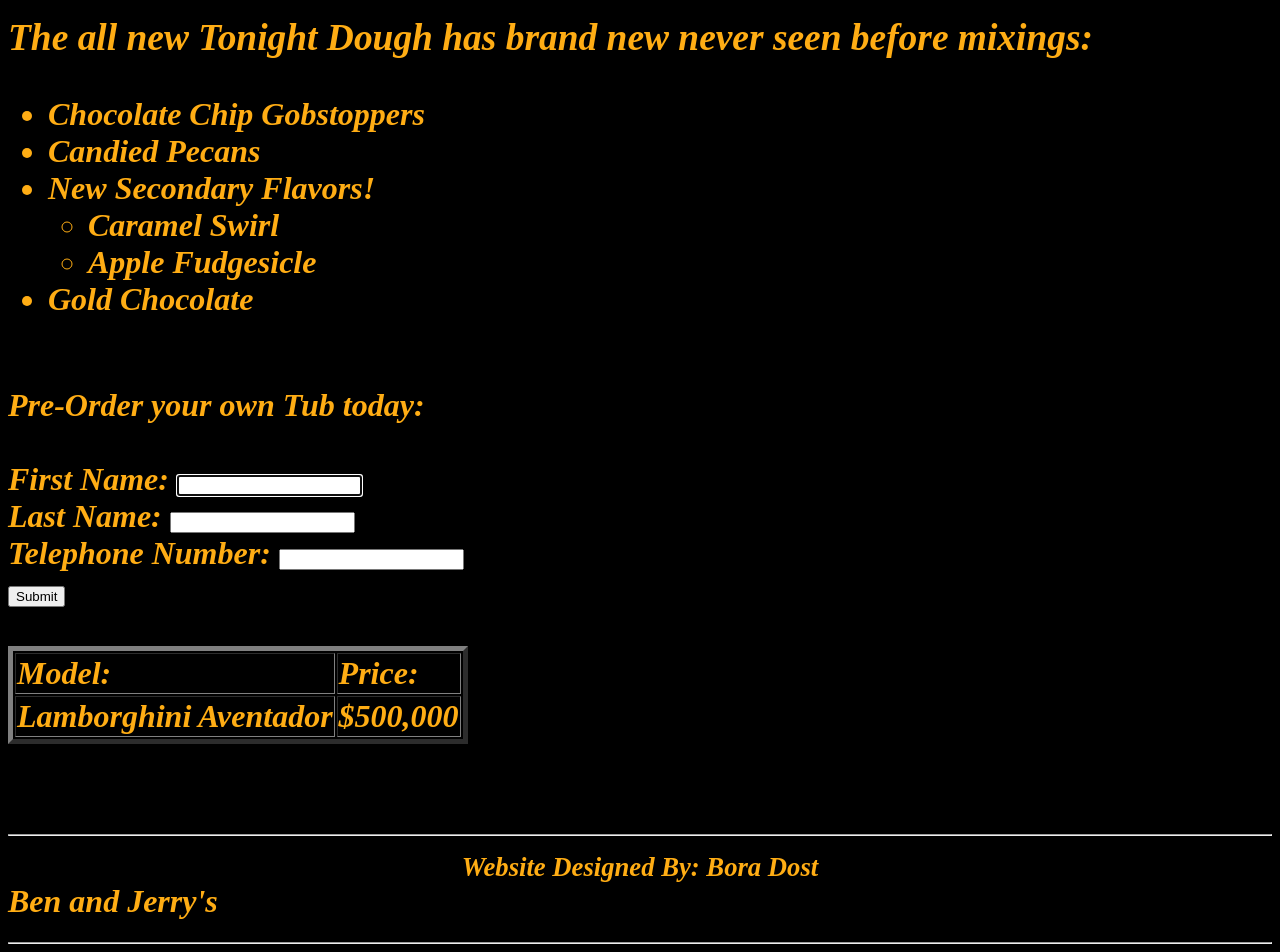
Repository: Bora1204/BoraDost-Website
Page: lab1/index.html
The author's editor kept a record of every edit. The page is drawn from the files as they stood at one moment, then again after the next edit.
The browser window is 1280 px wide. The pictures show the part of the page from y = 690 to 1642 px (the page is 1642 px tall).

Above is the page before.

After the next edit:
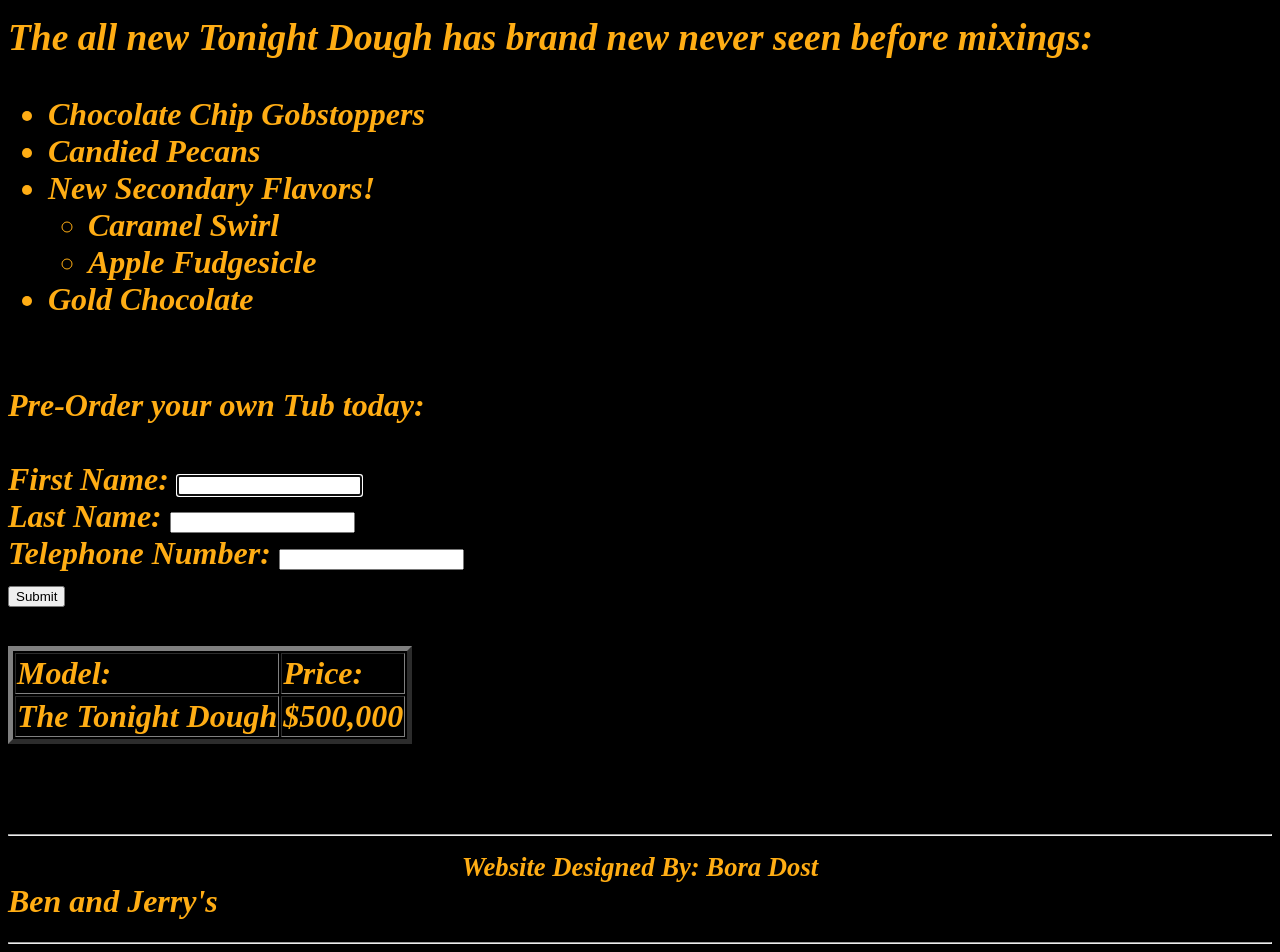
The edit:
--- a/lab1/index.html
+++ b/lab1/index.html
@@ -60,7 +60,7 @@
     <td>Price:</td>
 </tr>
 <tr>
-    <td>Lamborghini Aventador</td>
+    <td>The Tonight Dough</td>
 
     <td>$500,000</td>
 </tr>
